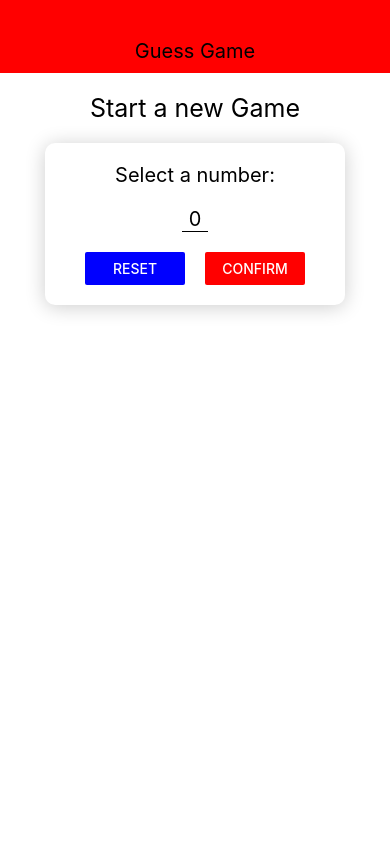
Repository: Celebration-cloud/Guess-number
Screen: /
The author's editor kept a copy of each file at every save. The screen is drawn from the files as they stood at one save, then again after a run of saves.
The app was drawn by React Native's web renderer in a window 390 px wide. The project was rebuilt for these pictures with package versions that can differ from the ones it lists, and the page was loaded fresh each time.

Above is the screen before, as saved 2024-06-12 09:14:18.

### App.js
import { StatusBar } from "expo-status-bar";
import { StyleSheet, View } from "react-native";
import Heading from "./components/header/Heading";
import StartScreen from "./components/srceen/StartScreen";

export default function App() {
  return (
      <View style={styles.container}>
        <Heading />
        <StartScreen />
        <StatusBar style="auto" />
      </View>
  );
}

const styles = StyleSheet.create({
  container: {
    flex: 1,
    alignItems: "center",
    gap: 20
  },
});

### components/header/Heading.jsx
import React from "react";
import { Text, StyleSheet, View } from "react-native";

export default function Heading() {
  return (
    <View style={styles.header}>
      <Text style={styles.title}> Guess Game </Text>
    </View>
  );
}

const styles = StyleSheet.create({
    header: {
        backgroundColor: "red",
        color: "white",
        width: "100%",
        paddingTop: "10%",
        padding: 10,
        alignItems: "center",
    },
    title: {
      fontSize: 20
    }
});

### components/srceen/StartScreen.jsx
import React, { Component, useState } from 'react'
import { Text, StyleSheet, View, Button, TextInput, TouchableWithoutFeedback, Keyboard, Alert } from 'react-native'
import colorTheme from '../../constants/colorTheme';
import Input from '../Input';
import Cards from '../cards/Cards';
let numbers;
export default function StartScreen(props) {
  const [inputEl, setInputEl] = useState(Number)
  const [chosenNum, setChosenNum] = useState(Number)
  const handleChange =(input)=> {
    setInputEl(input.replace(/[^0-9]/g, ""))
  }
  function handleReset(){
    setInputEl(Number)
  }
  function handleConfirm(){
    if(isNaN(inputEl) || inputEl <= 0  ){
      Alert.alert("Invalid Input", "Number must be between 1-99", [{onPress: handleReset}])
      return;
    }
    setChosenNum(parseInt(inputEl))
    setInputEl(Number)
    console.log(chosenNum)
  }
  numbers = chosenNum > 0 && <Text style={{fontSize: 20}}>The chosen Number: {chosenNum}</Text>
  console.log(inputEl)
    return (
      <TouchableWithoutFeedback onPress={() => Keyboard.dismiss()}>
        <View style={styles.startScreen}>
          <Text style={styles.start}> Start a new Game </Text>
          <Cards styles={styles} status="start"/>
          {numbers && <Cards numbers={numbers} status="summary"/>}
        </View>
      </TouchableWithoutFeedback>
    );
}

const styles = StyleSheet.create({
    startScreen:{
        fontSize: 20,
        alignItems: "center",
        gap: 20
    },
    start: {
        fontSize: 25
    },
    title: {
        fontSize: 20
    },
    content: {
        width: 300,
        alignItems: "center",
        gap: 20,
        shadowColor: "black",
        shadowOffset: {width: 0, height: 2},
        shadowOpacity: 0.2,
        shadowRadius: 20,
        elevation: 5,
        backgroundColor: "white",
        padding: 20,
        borderRadius: 10
    },
    gpBtn: {
        flexDirection: "row",
        gap: 20
    },
    button: {
        width: 100
    }
})

### constants/colorTheme.jsx
export default {
    primary: "red",
    secondary: "blue"
}

### components/Input.jsx
import React, { Component } from 'react'
import { Text, StyleSheet, View, TextInput } from 'react-native'

export default function Input(props) {
    return <TextInput {...props} style={styles.input} />;
}

const styles = StyleSheet.create({
    input: {
        borderBottomColor: "black",
        textAlign: "center",
        fontSize: 20,
        borderBottomWidth: 1,
        width: "10%"
    }
})

### components/cards/Cards.jsx
import React, { Component, useState } from 'react'
import { Text, StyleSheet, View, Button } from 'react-native'
import colorTheme from "../../constants/colorTheme";
import Input from "../Input";
let start;
let summary;
export default function Cards({styles, status, numbers}) {
  const [inputEl, setInputEl] = useState(Number);
  const [chosenNum, setChosenNum] = useState(null);
    const handleChange = (input) => {
      setInputEl(input.replace(/[^0-9]/g, ""));
    };
    function handleReset() {
      setInputEl(Number);
    }
    function handleConfirm() {
      if (isNaN(inputEl) || inputEl <= 0) {
        Alert.alert("Invalid Input", "Number must be between 1-99", [
          { onPress: handleReset },
        ]);
        return;
      }
      setChosenNum(parseInt(inputEl));
      setInputEl(Number);
      console.log(chosenNum);
    }
    if(status === "start"){
       start = (
         <View style={styles.content}>
           <Text style={styles.title}>Select a number:</Text>
           <Input
             maxLength={2}
             onChangeText={handleChange}
             value={inputEl}
             keyboardType="number-pad"
           />
           <View style={styles.gpBtn}>
             <View style={styles.button}>
               <Button
                 title="Reset"
                 onPress={handleReset}
                 color={colorTheme.secondary}
               />
             </View>
             <View style={styles.button}>
               <Button
                 title="Confirm"
                 onPress={handleConfirm}
                 color={colorTheme.primary}
               />
             </View>
           </View>
         </View>
       );
    }
    if(status === "summary"){
        summary = (
          <View style={styles.content}>
            <Text style={styles.title}>You Selected</Text>
            <View>
              <Text>{numbers}</Text>
            </View>
            <Button color={colorTheme.primary} title="START GAME" />
          </View>
        );
    }
    return (
      [start]
    );
}

const styles = StyleSheet.create({})

After the next 9 saves:
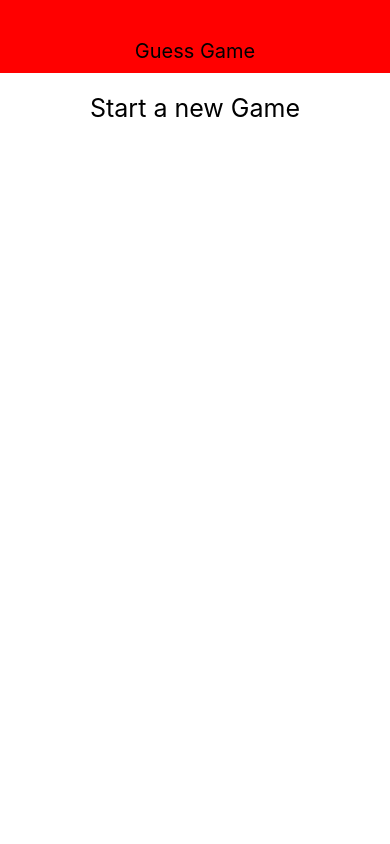
The 9 saves are shown as one change because they came seconds apart.
The last was saved 30 s later.
--- a/components/cards/Cards.jsx
+++ b/components/cards/Cards.jsx
@@ -65,7 +65,8 @@
         );
     }
     return (
-      [start]
+      [start],
+      [summary]
     );
 }
 

After the save that followed:
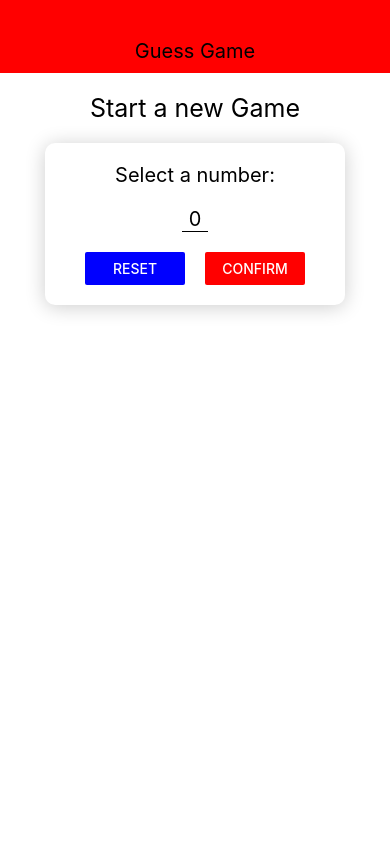
Saved 10 s later.
--- a/components/cards/Cards.jsx
+++ b/components/cards/Cards.jsx
@@ -66,7 +66,6 @@
     }
     return (
       [start],
-      [summary]
     );
 }
 
